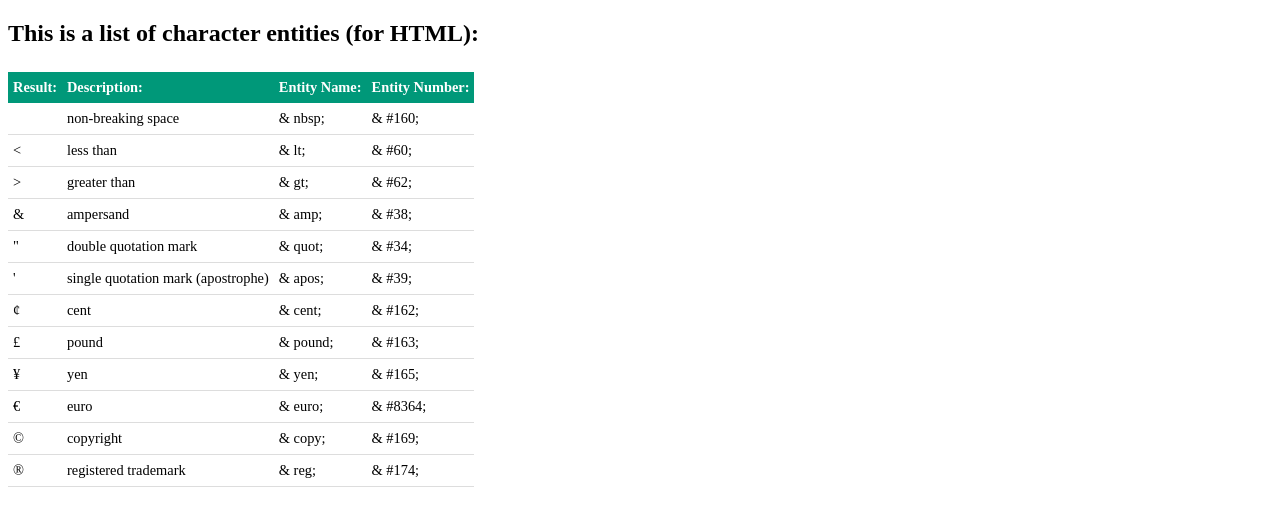
Repository: linas-dev/HTML-CSS-Projects
Page: Basic_HTML_and_CSS/Basic_HTML_5.html
The author's editor kept a copy of each file at every save. The page is drawn from the files as they stood at one save, then again after the next save.
The browser window is 1280 px wide. The pictures show the whole page.

Above is the page before, as saved 2021-05-30 11:14:33.

### Basic_HTML_and_CSS/Basic_HTML_5.html
<!DOCTYPE html>
<html lang="en">
<head>
    <meta charset="UTF-8">
    <meta http-equiv="X-UA-Compatible" content="IE=edge">
    <meta name="viewport" content="width=device-width, initial-scale=1.0">
    <link rel="stylesheet" href="Basic_CSS_2.css">
    <title>Document</title>
</head>
<body>

    <h2>This is a list of character entities (for HTML):</h2>

    <table class="table">
        <thead>
            <td>Result:</td>
            <td>Description: </td>
            <td>Entity Name:</td>
            <td>Entity Number:</td>
        </thead>
        <tbody>
            <tr>
                <td></td>
                <td>non-breaking space</td>
                <td>& nbsp;</td>
                <td>& #160;</td>
            </tr>
            <tr>
                <td><</td>
                <td>less than</td>
                <td>& lt;</td>
                <td>& #60;</td>
            </tr>
            <tr>
                <td>></td>
                <td> greater than</td>
                <td> & gt;</td>
                <td> & #62;</td>
            </tr>
            <tr>
                <td>&</td>
                <td> ampersand</td>
                <td> & amp;</td>
                <td> & #38;</td>
            </tr>
            <tr>
                <td>"</td>
                <td> double quotation mark</td>
                <td> & quot;</td>
                <td> & #34;</td>
            </tr>
            <tr>
                <td>'</td>
                <td> single quotation mark (apostrophe)</td>
                <td> & apos;</td>
                <td> & #39;</td>
            </tr>
            <tr>
                <td>¢</td>
                <td> cent</td>
                <td> & cent;</td>
                <td> & #162;</td>
            </tr>
            <tr>
                <td>£</td>
                <td> pound</td>
                <td> & pound;</td>
                <td> & #163;</td>
            </tr>
            <tr>
                <td>¥</td>
                <td> yen</td>
                <td> & yen;</td>
                <td> & #165;</td>
            </tr>
            <tr>
                <td>€</td>
                <td> euro</td>
                <td> & euro;</td>
                <td> & #8364;</td>
            </tr>
            <tr>
                <td>©</td>
                <td> copyright</td>
                <td> & copy;</td>
                <td> & #169;</td>
            </tr>
            <tr>
                <td>®</td>
                <td> registered trademark</td>
                <td> & reg;</td>
                <td> & #174;</td>
            </tr>
        </tbody>
    </table>

</body>
</html>

### Basic_HTML_and_CSS/Basic_CSS_2.css
p {
    color: #2E5757;
    background: #F0DFEE;
    font-weight: bolder;
    text-align: right;
}

.table {
    border-collapse: collapse;
    margin: 25px 0;
    font-size: 0.9em;
    min-width: 400px;
}

.table thead tr {
    background-color: #009879;
    color: #fff;
    text-align: left;
    font-weight: bold;
}

.table th, .table td {
    padding: 7px 5px;
}

.table tbody tr {
    border-bottom: 1px solid #dddddd;
}

After the next save:
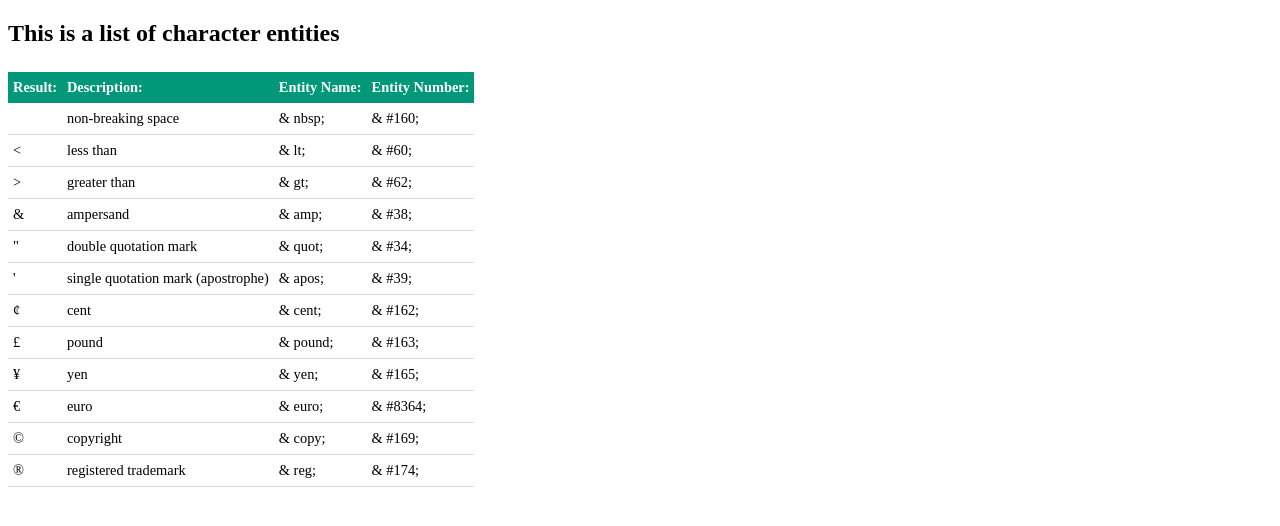
Saved 83 s later.
--- a/Basic_HTML_and_CSS/Basic_HTML_5.html
+++ b/Basic_HTML_and_CSS/Basic_HTML_5.html
@@ -9,7 +9,7 @@
 </head>
 <body>
 
-    <h2>This is a list of character entities (for HTML):</h2>
+    <h2>This is a list of character entities</h2>
 
     <table class="table">
         <thead>
